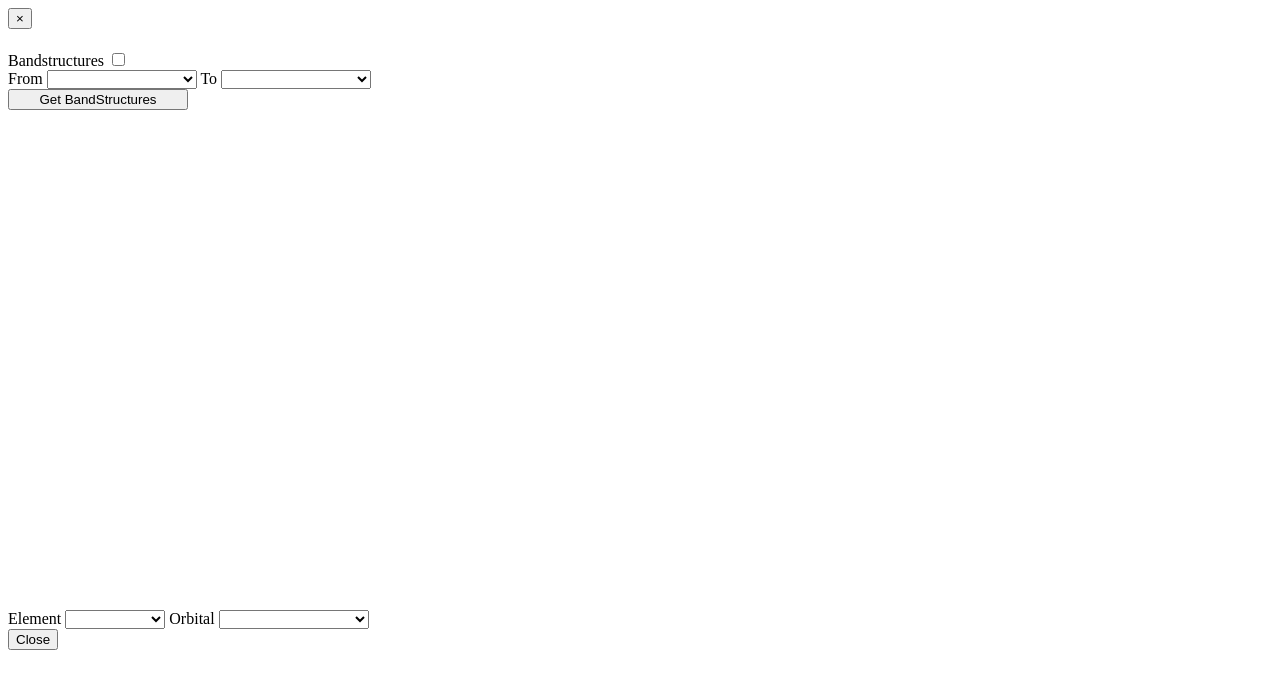
Repository: atowfiq/FESD_website-scripts
Page: http://localhost/fesdweb/BandstructureChart.jsp
These files come from the project's save history. The page is drawn as it stood at one moment and after the next save; the edit follows.
The browser window is 1280 px wide. The pictures show the whole page.
The page is served by Tomcat 9.

Above is the page before, as saved 2017-07-28 00:15:02.

After the next save:
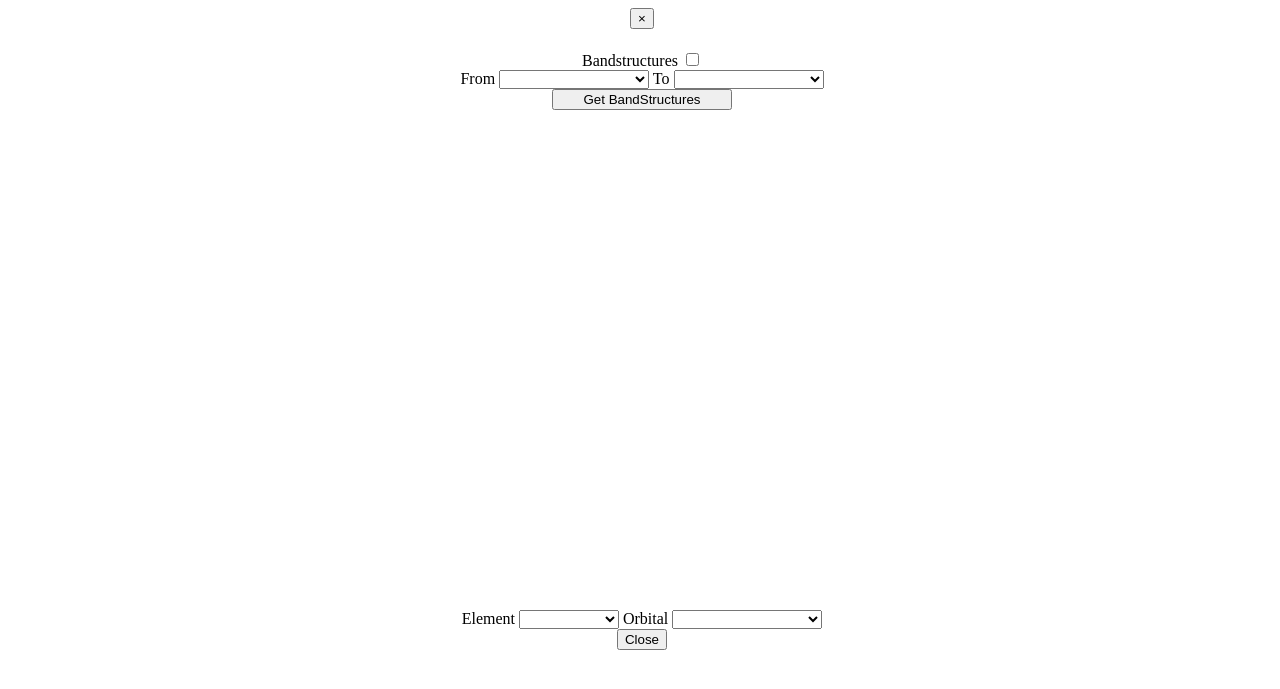
Saved 87 s later.
--- a/fesdweb/WebContent/BandstructureChart.jsp
+++ b/fesdweb/WebContent/BandstructureChart.jsp
@@ -5,6 +5,37 @@
 <head>
 <meta http-equiv="Content-Type" content="text/html; charset=ISO-8859-1">
 <title>Bandstructure</title>
+
+<style type="text/css">
+.main{
+margin-top:-40px;
+}
+
+
+.modal .modal-body {
+    max-height: 800px;
+    overflow-y: auto;
+}
+.modal {
+  text-align: center;
+}
+
+@media screen and (min-width: 768px) {
+  .modal:before {
+    content: " ";
+    display: inline-block;
+    height: 100%;
+    vertical-align: middle;
+  }
+}
+
+.modal-dialog {
+  display: inline-block;
+  text-align: center;
+  vertical-align: middle;
+}
+
+</style>
 </head>
 <body>
 <div  id="Viewer"  class="modal fade bs-example-modal-lg" tabindex="-1" role="dialog" aria-labelledby="myLargeModalLabel" style="width:100%">
